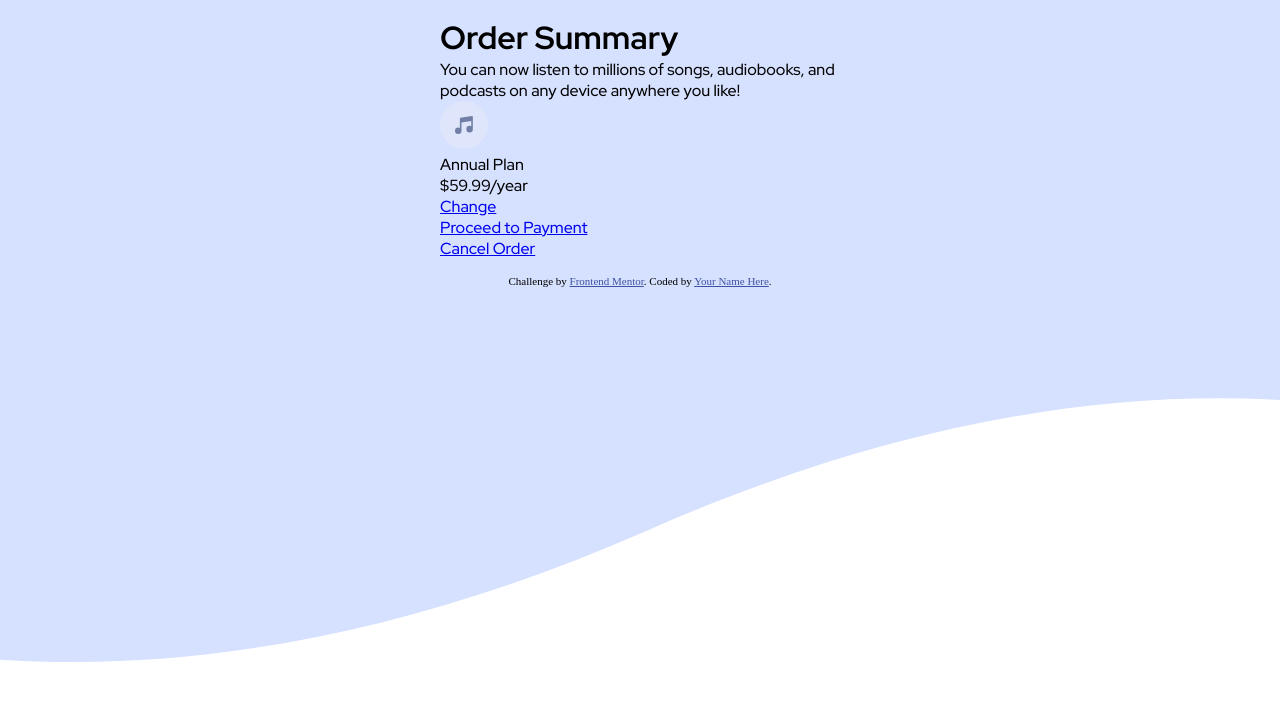
Repository: DejV44/order-summary-frontend
Page: index.html
An editor plug-in stored every save of this project. The page is shown before and after the next save, followed by the edit.
The browser window is 1280 px wide. The pictures show the whole page.
The style sheet was rebuilt from its Sass, Less or Tailwind sources for each picture, by a compiler version that may differ from the author's.

Above is the page before, as saved 2021-08-11 21:56:58.

### index.html
<!DOCTYPE html>
<html lang="en">
<head>
  <meta charset="UTF-8">
  <meta name="viewport" content="width=device-width, initial-scale=1.0">
  <link rel="stylesheet" href="css/style.css">

  <link rel="icon" type="image/png" sizes="32x32" href="./images/favicon-32x32.png">

  <title>Frontend Mentor | Order summary card</title>

</head>
<body>
  <div class="container">
    <div class="backgr"></div>
    <div class="content">
      <h1>Order Summary</h1>
      <p>You can now listen to millions of songs, audiobooks, and podcasts on any
  device anywhere you like!</p>
    </div>
    <div class="price_container">
      <div class="annual">
        <img src="/images/icon-music.svg" alt="music">
        <p>Annual Plan</p>
        <p>$59.99/year</p>
      </div>
      <a href="#">Change</a>
    </div>
    <div class="button">
      <a href="#">Proceed to Payment</a>
    </div>
    <div class="cancel_button">
      <a href="#">Cancel Order</a>
    </div>

  </div>

  <div class="attribution">
    Challenge by <a href="https://www.frontendmentor.io?ref=challenge" target="_blank">Frontend Mentor</a>.
    Coded by <a href="#">Your Name Here</a>.
  </div>
</body>
</html>

### css/style.scss
* {
    margin: 0;
    padding: 0;
}
@import url('https://fonts.googleapis.com/css2?family=Red+Hat+Display:wght@500;700;900&display=swap');
@import "variables";
@import "mixins";

body {
    @include backgroundMob;
}

.container {
    @include container;

    .backgr {
        background: url(/images/illustration-hero.svg);
        background-repeat: no-repeat;
        height: 100%;
    }
}





.attribution { font-size: 11px; text-align: center; }
.attribution a { color: hsl(228, 45%, 44%); }

### css/_variables.scss
// ---COLORS--

$Paleblue: hsl(225, 100%, 94%);
$Brightblue: hsl(245, 75%, 52%);
$VeryPaleBlue: hsl(225, 100%, 98%);
$Desaturatedblue: hsl(224, 41%, 36%);
$DarkBlue: hsl(223, 47%, 23%);

### css/_mixins.scss
@mixin fonts {
    font-family: 'Red Hat Display', sans-serif;
}

@mixin backgroundMob {
    background: url(/images/pattern-background-mobile.svg);
    background-repeat: no-repeat;
    background-size: cover;
}

@mixin container {
    max-width: 400px;
    margin: 1em auto;
    @include fonts;
}

After the next save:
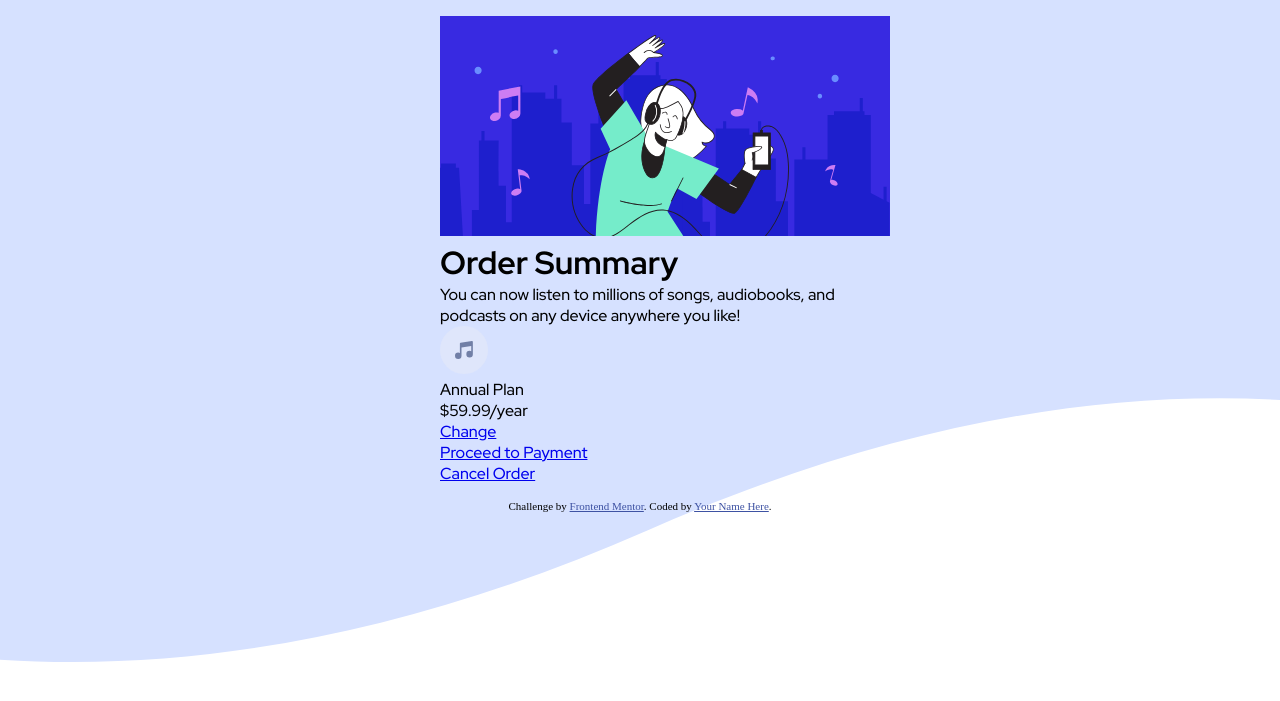
Saved 55 s later.
--- a/index.html
+++ b/index.html
@@ -12,7 +12,9 @@
 </head>
 <body>
   <div class="container">
-    <div class="backgr"></div>
+    <div class="backgr">
+      <img src="/images/illustration-hero.svg" alt="hero">
+    </div>
     <div class="content">
       <h1>Order Summary</h1>
       <p>You can now listen to millions of songs, audiobooks, and podcasts on any
